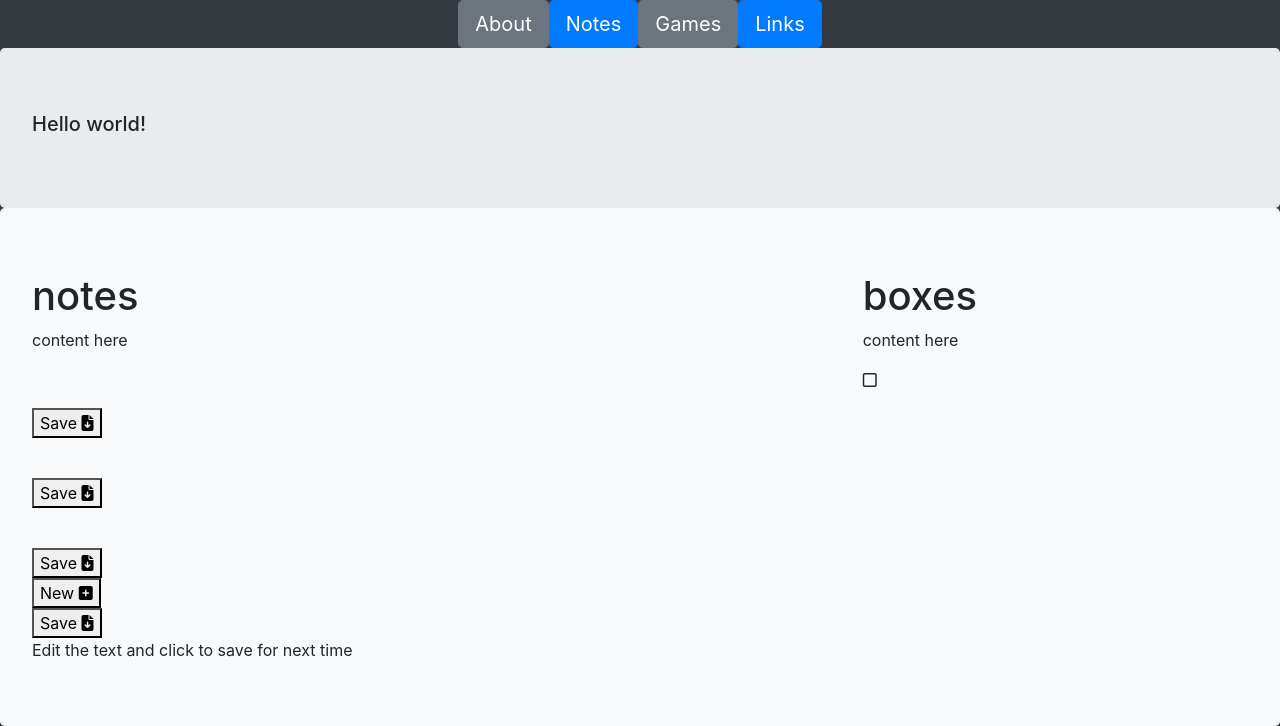
Repository: Kamicoda/Noteblock
Page: index.html
The author's editor kept a record of every edit. The page is drawn from the files as they stood at one moment, then again after the next edit.
The browser window is 1280 px wide. The pictures show the whole page.
Some web libraries are served in a nearby version.

Above is the page before.
Console error: ReferenceError: checkEdits is not defined

After the next edit:
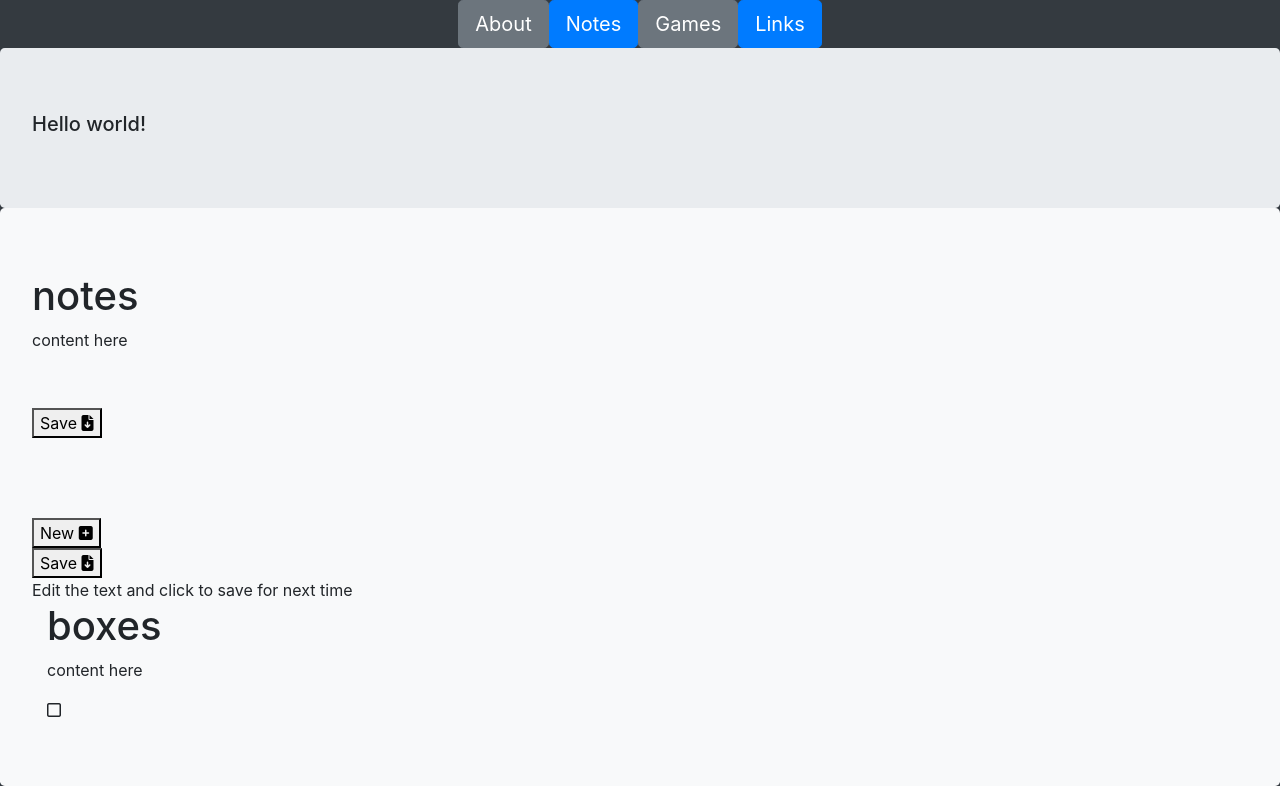
The edit:
--- a/index.html
+++ b/index.html
@@ -75,14 +75,10 @@
                                 <p id="edit" contenteditable="true" class="editableP"></p><button type="button " onclick="save()" class="saveButton">Save
                         <i class="fas fa-file-download"></i></button>
                             </div>
-                            <div id="item1" class="#">
-                                <p id="edit1" contenteditable="true" class="editableP"></p><button type="button " onclick="save1()" class="saveButton">Save
-                        <i class="fas fa-file-download"></i></button>
-                            </div>
+
+                                <p id="edit1" contenteditable="true" class="editableP"></p>
                             <div id="item2" class="#">
-                                <p id="edit2" contenteditable="true" class="editableP"></p><button type="button " onclick="save2()" class="saveButton">Save
-                        <i class="fas fa-file-download"></i></button>
-                            </div>
+                                <p id="edit2" contenteditable="true" class="editableP"></p>
                         </div>
                         <div>
                             <button type="button " id="new" class="newButton">New
